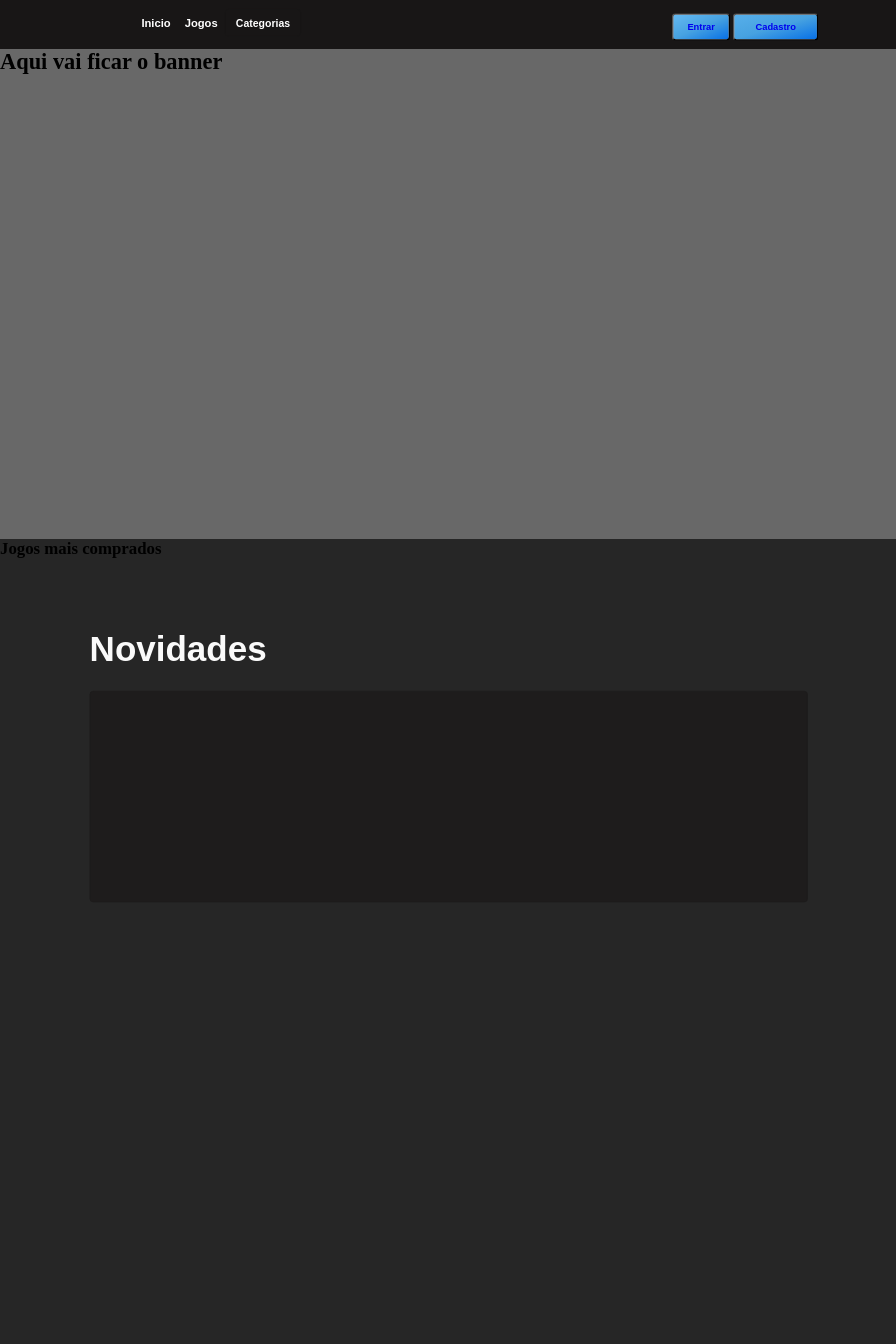
Repository: MarcoantonioCaldeira/Projeto-Go-Gamming
Page: /
An editor plug-in stored every save of this project. The page is shown before and after the next save, followed by the edit.
The browser window is 1280 px wide. The pictures show the part of the page from y = 0 to 1920 px (the page is 3570 px tall), at 70% of full size.
The project was rebuilt for these pictures with package versions that can differ from the ones it lists, and the page was loaded fresh each time. Also part of the build but not shown: src/pages/Jogos/Jogos.js, src/pages/Categorias/Acao.js, src/pages/Categorias/Aventura.js, src/pages/Categorias/Arcades.js, src/pages/Categorias/Familia.js, src/pages/Categorias/Independentes.js, src/pages/Categorias/Jogos_RPG.js, src/pages/Categorias/Gratuitos.js and 4 more.

Above is the page before, as saved 2023-02-13 18:45:00.

After the next save:
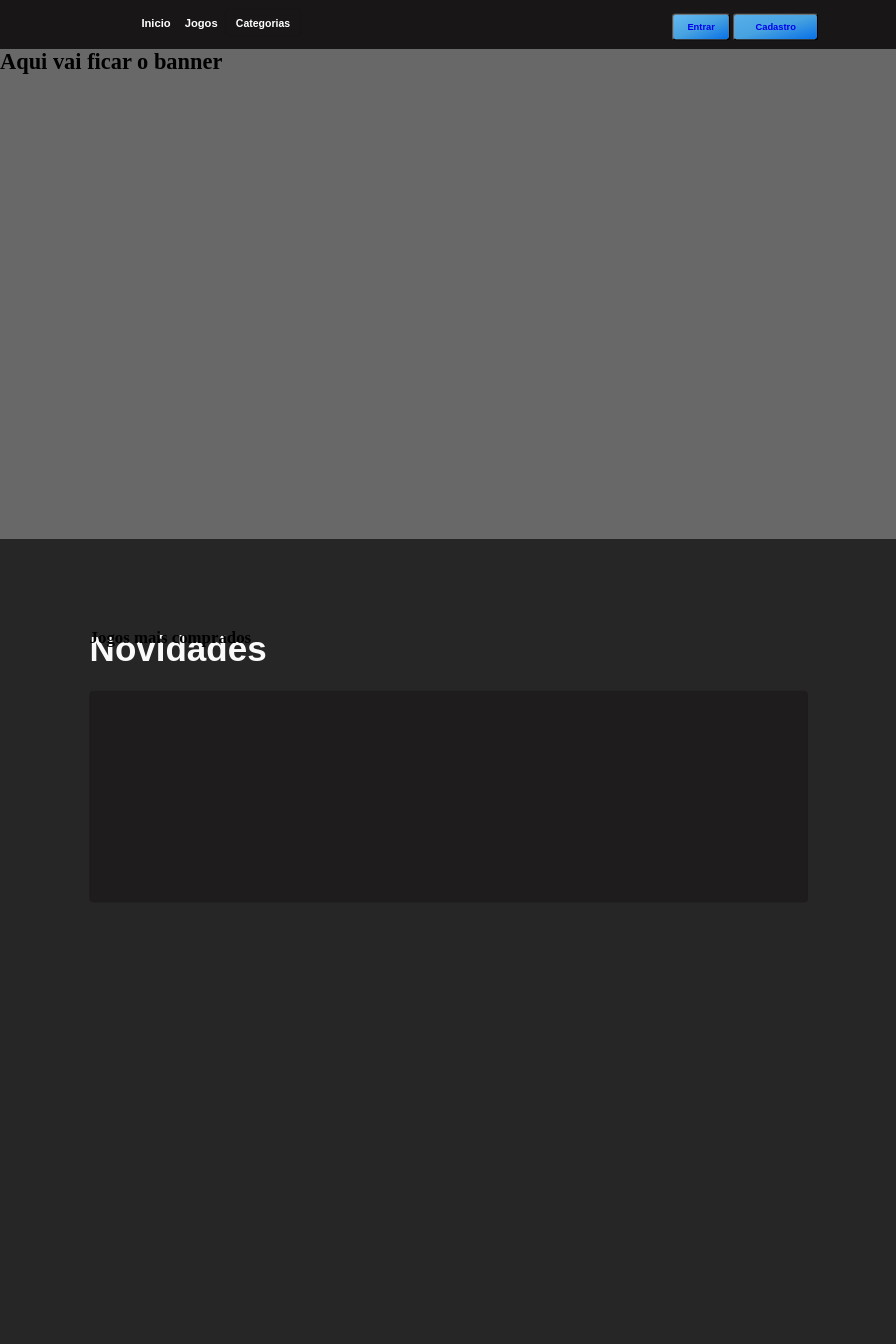
Saved 32 s later.
--- a/src/pages/Inicio/estilo.css
+++ b/src/pages/Inicio/estilo.css
@@ -44,3 +44,11 @@
     border: 1px solid #1E1C1C;
     background-color: #1E1C1C;
 }
+
+#Area_Principal_2{
+    position: absolute;
+    width: 80%;
+    height:450px;
+    margin-left: 10%;
+    margin-top: 10%;
+}
